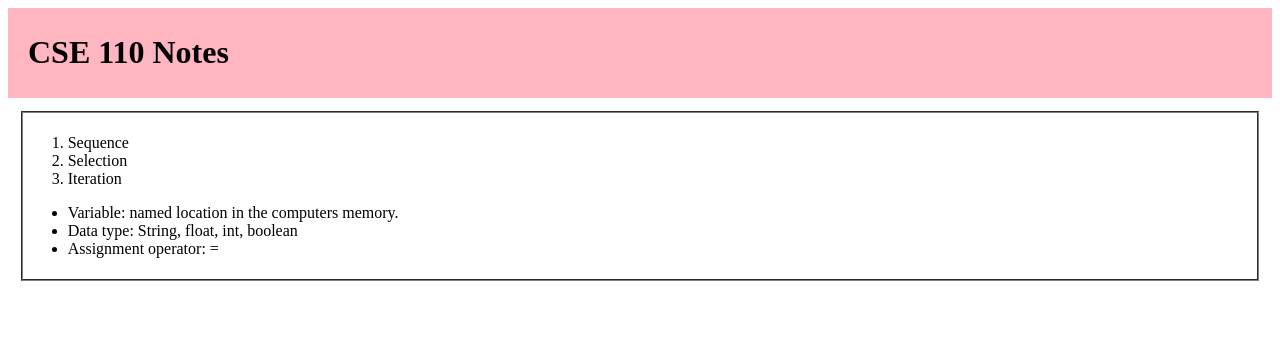
Repository: harleywolfley/wdd130
Page: spring25/cse110/cseindex.html
These files come from the project's save history. The page is drawn as it stood at one moment and after the next save; the edit follows.
The browser window is 1280 px wide. The pictures show the whole page.

Above is the page before, as saved 2025-04-29 16:45:27.

After the next save:
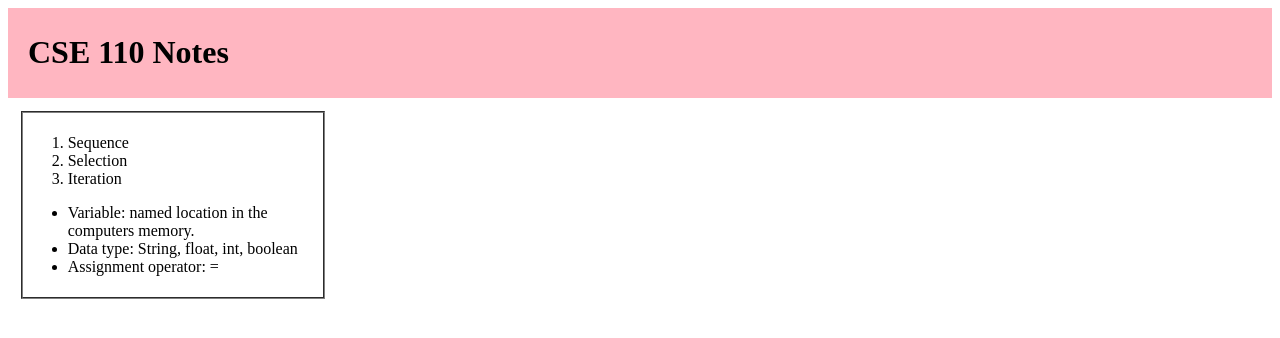
Saved 58 s later.
--- a/spring25/cse110/csestyle.css
+++ b/spring25/cse110/csestyle.css
@@ -9,4 +9,5 @@ div {
     border-color: gray;
     border-width: 2px;
     border-style: groove;
+    width: 23%;
 }
